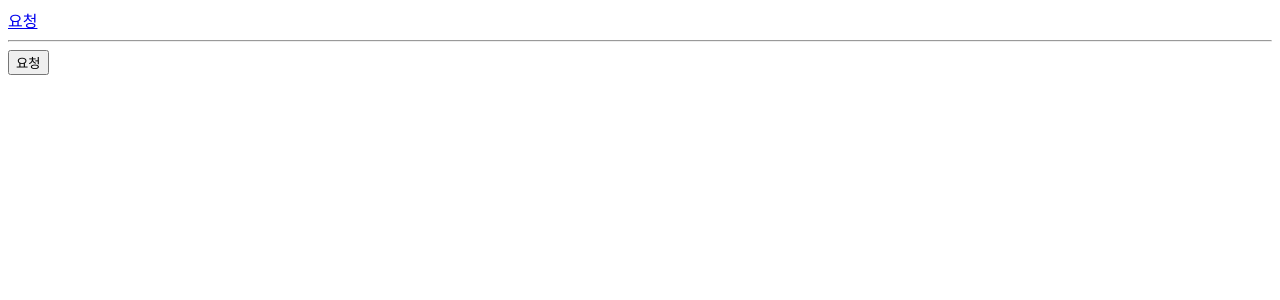
Repository: shyeom94/jspstudy
Page: 01_servlet/src/main/webapp/pkg02_request/NewFile.html
The author's editor kept a copy of each file at every save. The page is drawn from the files as they stood at one save, then again after the next save.
The browser window is 1280 px wide. The pictures show the whole page.

Above is the page before, as saved 2024-02-28 01:10:20.

After the next save:
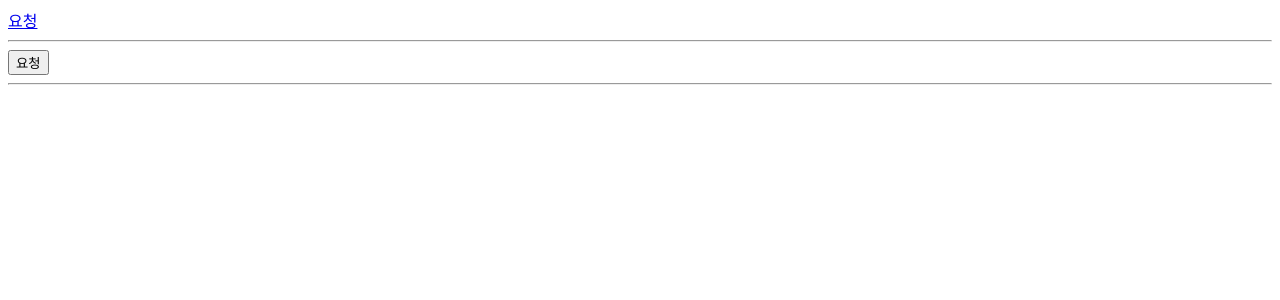
Saved 13 min 11 s later.
--- a/01_servlet/src/main/webapp/pkg02_request/NewFile.html
+++ b/01_servlet/src/main/webapp/pkg02_request/NewFile.html
@@ -38,5 +38,12 @@
   })
   </script>
 
+  <hr>
+
+  <!-- <form> 태그 요청 -->
+  <form id="frm" method="post">
+
+ </form>
+
 </body>
 </html>
